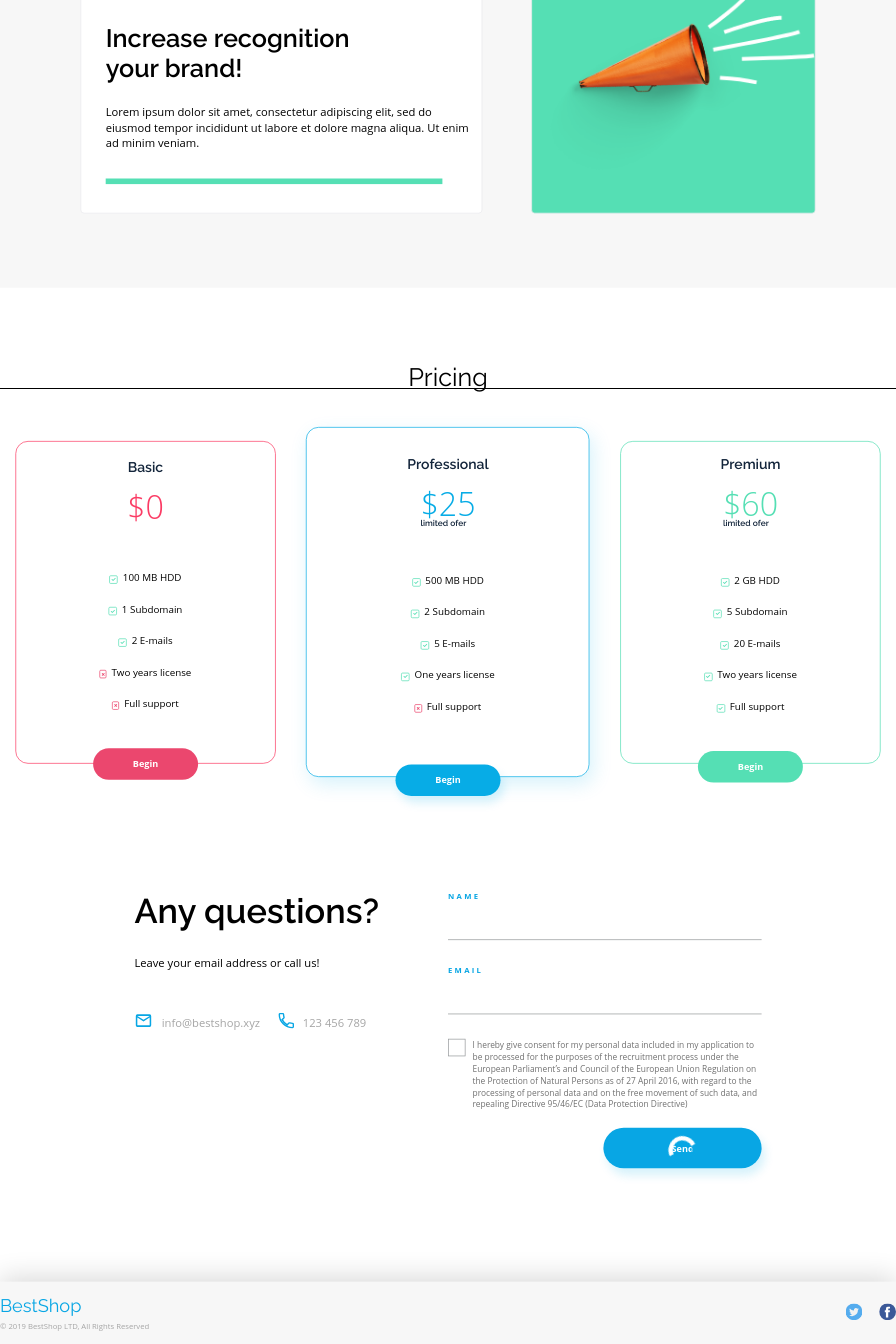
Repository: VolodymyrDubnytskyi/BestShop_project
Page: index.html
An editor plug-in stored every save of this project. The page is shown before and after the next save, followed by the edit.
The browser window is 1280 px wide. The pictures show the part of the page from y = 2350 to 4270 px (the page is 4270 px tall), at 70% of full size.
Some web libraries are served in a nearby version.

Above is the page before, as saved 2020-01-17 21:48:09.

After the next save:
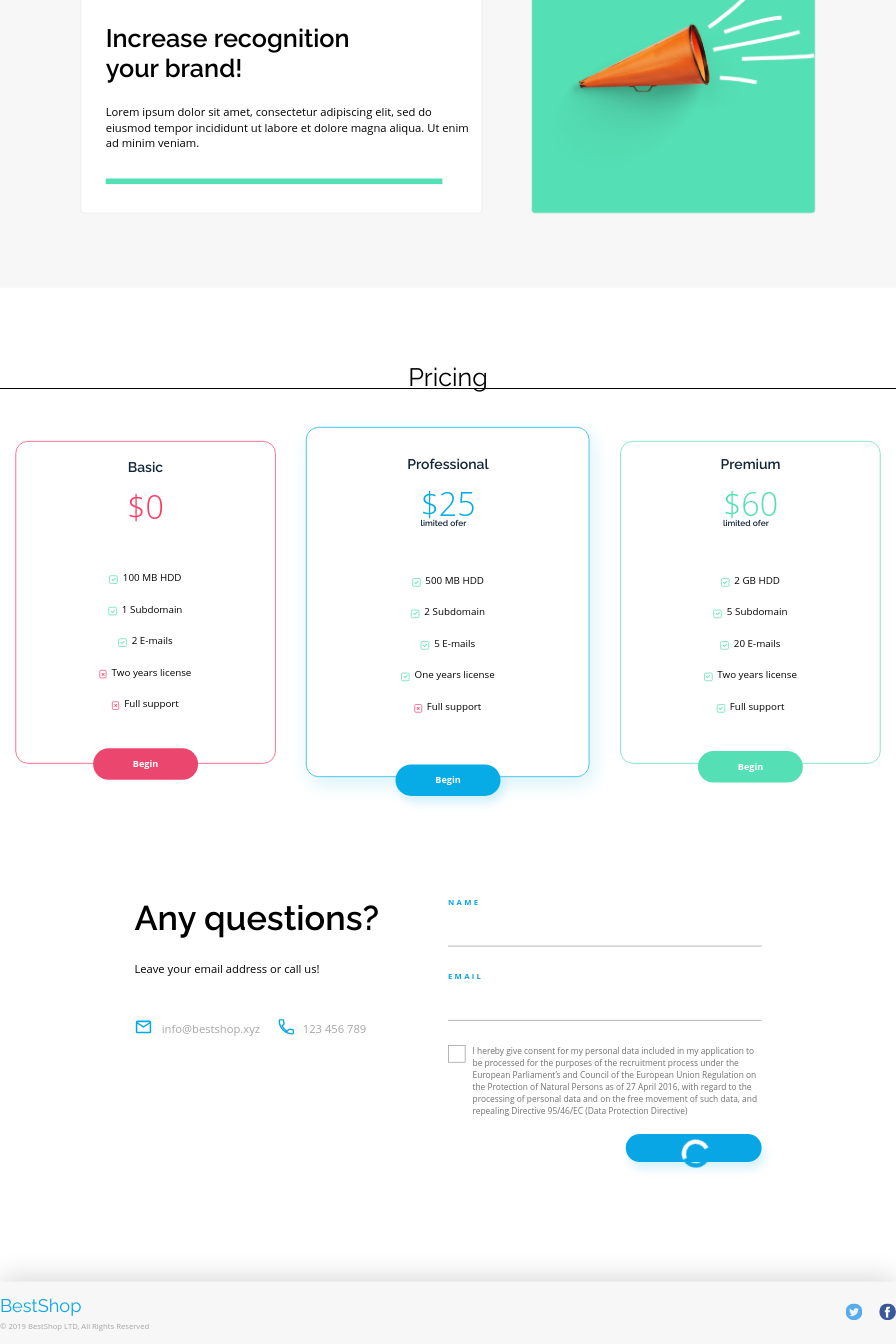
Saved 35 s later.
--- a/index.html
+++ b/index.html
@@ -187,7 +187,7 @@
                         </div>
                     </div>
                     <div class="button-box">
-                        <button class="btn-send"><span class="btn-loading"></span> Send</button>
+                        <button class="btn-send"><span class="btn-loading"></span> </button>
                     </div>
 
                 </form>

After the save that followed:
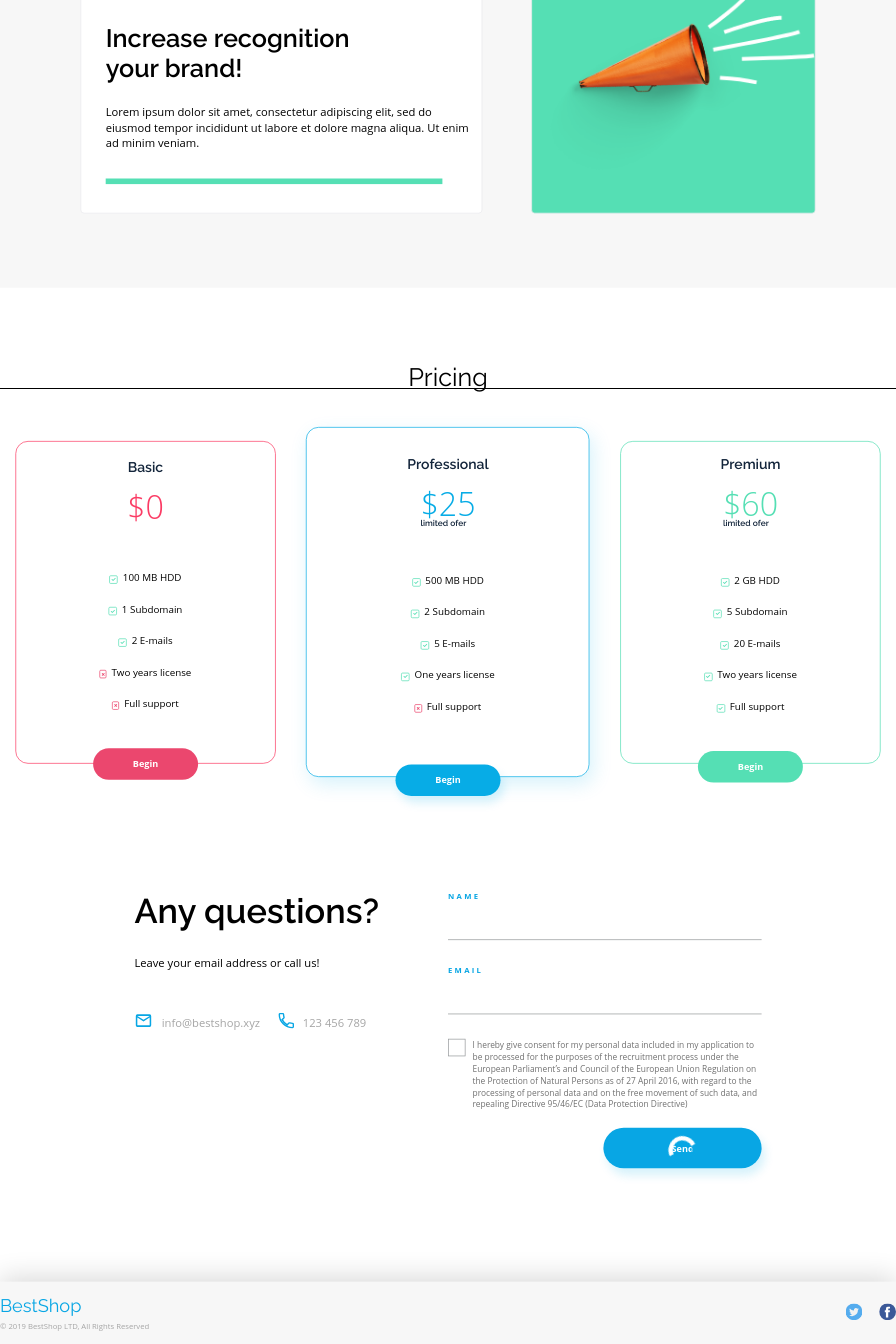
Saved 10 s later.
--- a/index.html
+++ b/index.html
@@ -187,7 +187,7 @@
                         </div>
                     </div>
                     <div class="button-box">
-                        <button class="btn-send"><span class="btn-loading"></span> </button>
+                        <button class="btn-send"><span class="btn-loading"></span> Send</button>
                     </div>
 
                 </form>
